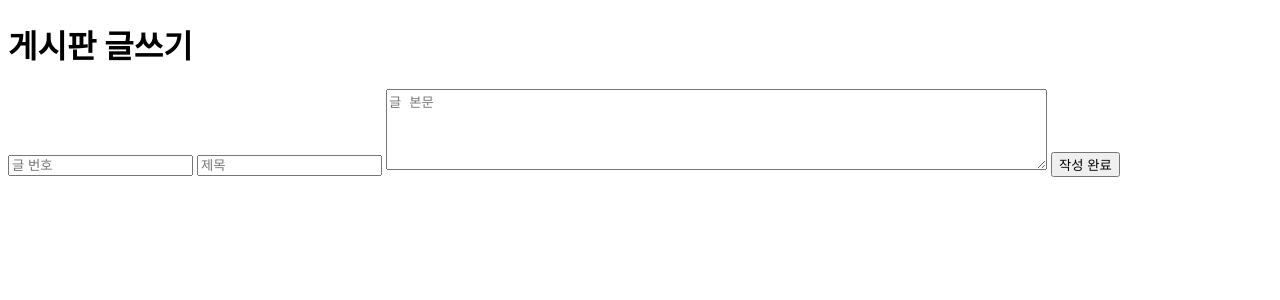
Repository: ljh5973/labweb
Page: http://localhost/JSP02/10_board.jsp
The author's editor kept a copy of each file at every save. The page is drawn from the files as they stood at one save, then again after the next save.
The browser window is 1280 px wide. The pictures show the whole page.
The page is served by Tomcat 9.

Above is the page before, as saved 2022-01-10 04:50:23.

After the next save:
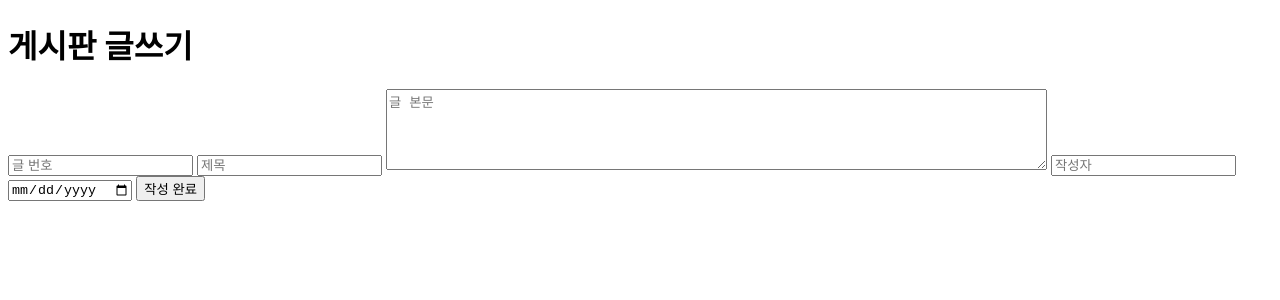
Saved 84 s later.
--- a/JSP02/webapp/10_board.jsp
+++ b/JSP02/webapp/10_board.jsp
@@ -16,6 +16,8 @@
 		<input type="number" name="boardId"placeholder="글 번호"/>
 		<input type="text" name="title" placeholder="제목"/>
 		<textarea rows="5" cols="80" name="content" placeholder="글 본문"></textarea>
+		<input type="text" name="writer" placeholder="작성자"/>
+		<input type="date" name="updateTime"/>
 		<input type="submit" value="작성 완료"/>
 	</form>
 	</body>
